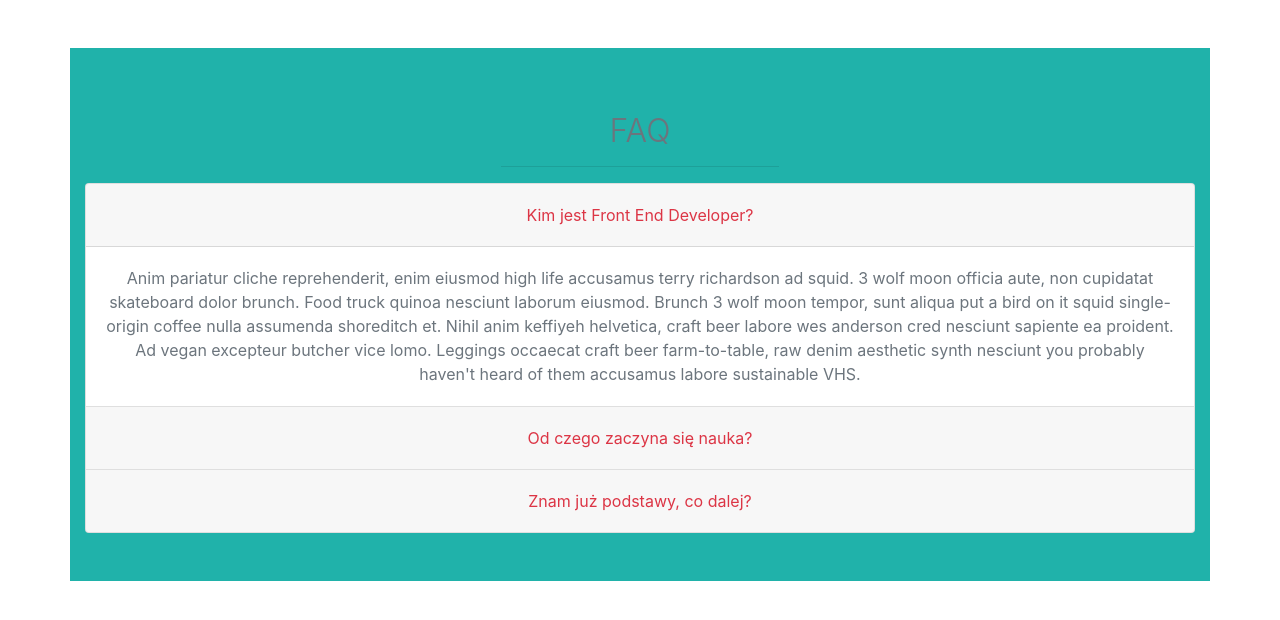
Repository: magdaf41/Bootstrap
Page: zadanie 2/index.html
An editor plug-in stored every save of this project. The page is shown before and after the next save, followed by the edit.
The browser window is 1280 px wide. The pictures show the whole page.

Above is the page before, as saved 2020-09-18 14:28:18.

After the next save:
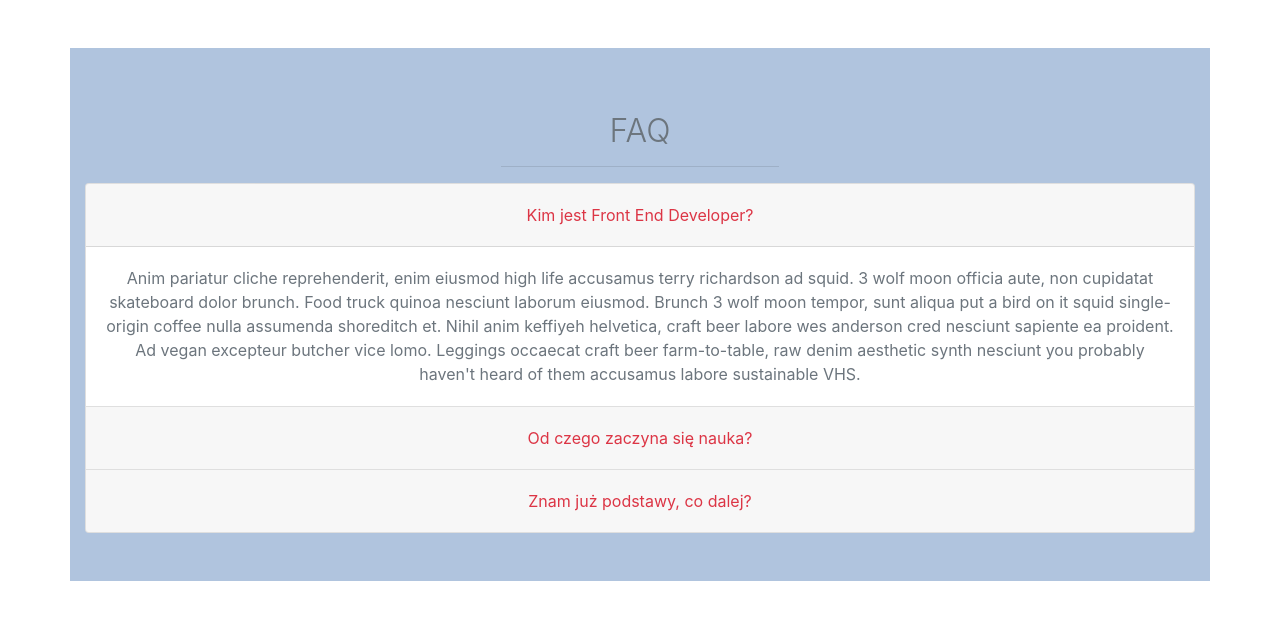
Saved 17 s later.
--- a/zadanie 2/css/style.css
+++ b/zadanie 2/css/style.css
@@ -3,5 +3,5 @@
 }
 
 .container {
-    background-color:lightseagreen;
+    background-color: lightsteelblue;
 }
